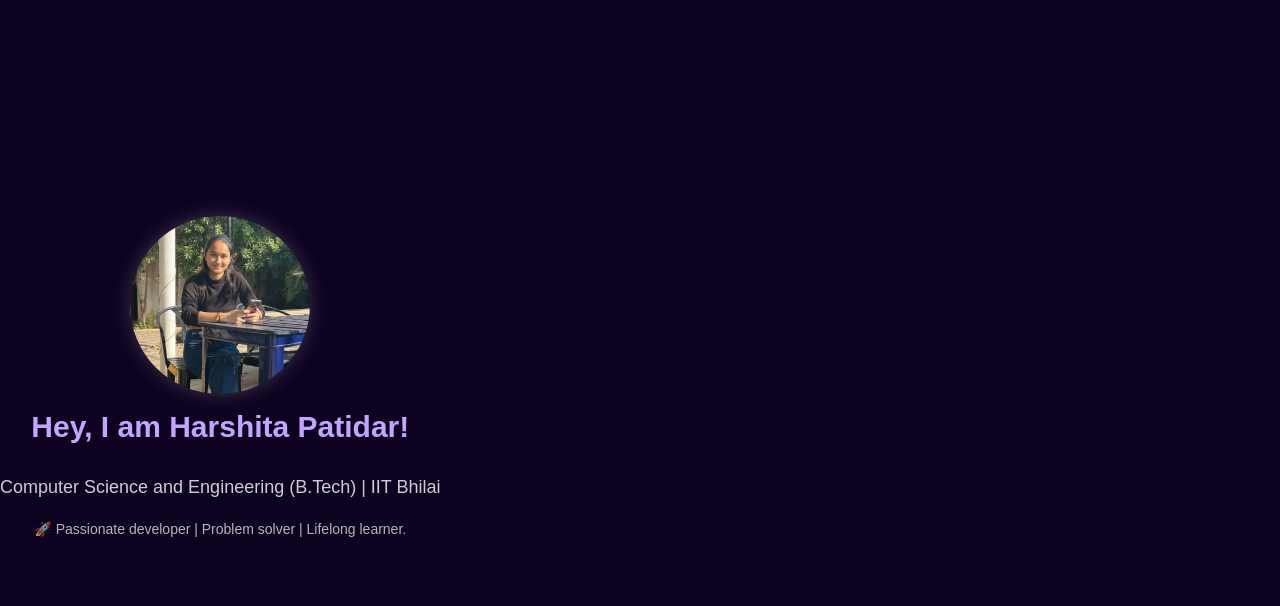
Repository: harshitap1305/Portfolio
Page: /
These files come from the project's save history. The page is drawn as it stood at one moment and after a run of saves; the edit follows.
The browser window is 1280 px wide. The pictures show the whole page.
The project was rebuilt for these pictures with package versions that can differ from the ones it lists, and the page was loaded fresh each time. Also part of the build but not shown: vite.config.js.

Above is the page before, as saved 2025-03-27 17:14:33.

### index.html
<!doctype html>
<html lang="en">
  <head>
    <meta charset="UTF-8" />

    <meta name="viewport" content="width=device-width, initial-scale=1.0" />
    <title>Harshita's Portfolio</title>
  </head>
  <body>
    <div id="root"></div>
    <script type="module" src="/src/main.jsx"></script>
  </body>
</html>

### src/App.jsx
import Home from './Home.jsx'

function App() {


  return (
    <>
      <Home/>
    </>
  )
}

export default App

### src/Home.jsx
import React from 'react';
import harshita from './assets/harshita.png';
import './App.css';

const Home = () => {
  return (
    <>
      <img src={harshita} alt="Harshita Patidar" className="harshita" />
      <h2 className="name">Hey, I am Harshita Patidar!</h2>
      <p className="tagline">Computer Science and Engineering (B.Tech) | IIT Bhilai</p>
      <p className="subtext">
      🚀 Passionate developer | Problem solver | Lifelong learner.
      </p>

    </>
  );
};

export default Home;

### src/App.css
/* Background */
body {
  background-color: #0d021f;
  color: white;
  font-family: 'Poppins', sans-serif;
  text-align: center;
}

/* Image Styling */
.harshita {
  width: 180px;
  border-radius: 50%;
  display: block;
  margin: 50px auto 10px;
  box-shadow: 0px 0px 20px rgba(255, 255, 255, 0.2);
}

/* Name Styling */
.name {
  font-size: 30px;
  font-weight: bold;
  margin-top: 10px;
  color: #c3a5ff; /* Light purple */
}

/* Tagline Styling */
.tagline {
  font-size: 18px;
  margin-top: 5px;
  opacity: 0.8;
}


/* Subtext */
.subtext {
  font-size: 14px;
  margin-top: 5px;
  opacity: 0.7;
}

Loaded but not shown: src/main.jsx (common file); src/index.css (common file)

After the next 6 saves:
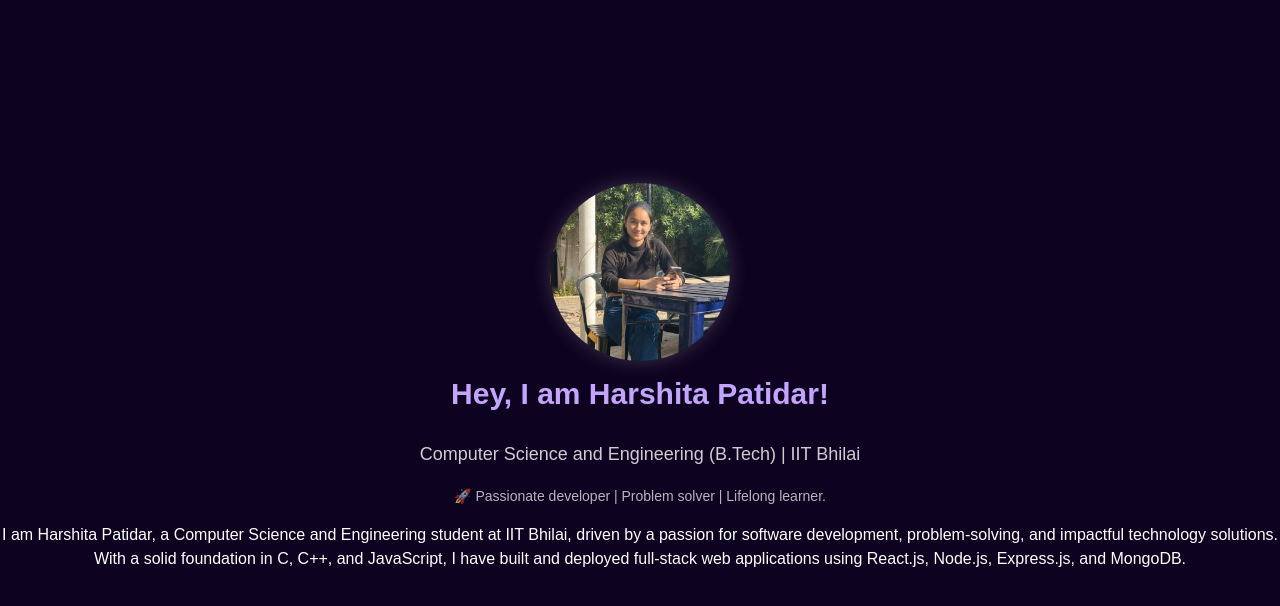
The 6 saves are shown as one change because 1 did not build or start and some came seconds apart.
The last was saved 6 min 24 s later.
--- a/src/Home.jsx
+++ b/src/Home.jsx
@@ -11,7 +11,7 @@ const Home = () => {
       <p className="subtext">
       🚀 Passionate developer | Problem solver | Lifelong learner.
       </p>
-
+      <p className='intro'>I am Harshita Patidar, a Computer Science and Engineering student at IIT Bhilai, driven by a passion for software development, problem-solving, and impactful technology solutions. With a solid foundation in C, C++, and JavaScript, I have built and deployed full-stack web applications using React.js, Node.js, Express.js, and MongoDB.</p>
     </>
   );
 };
